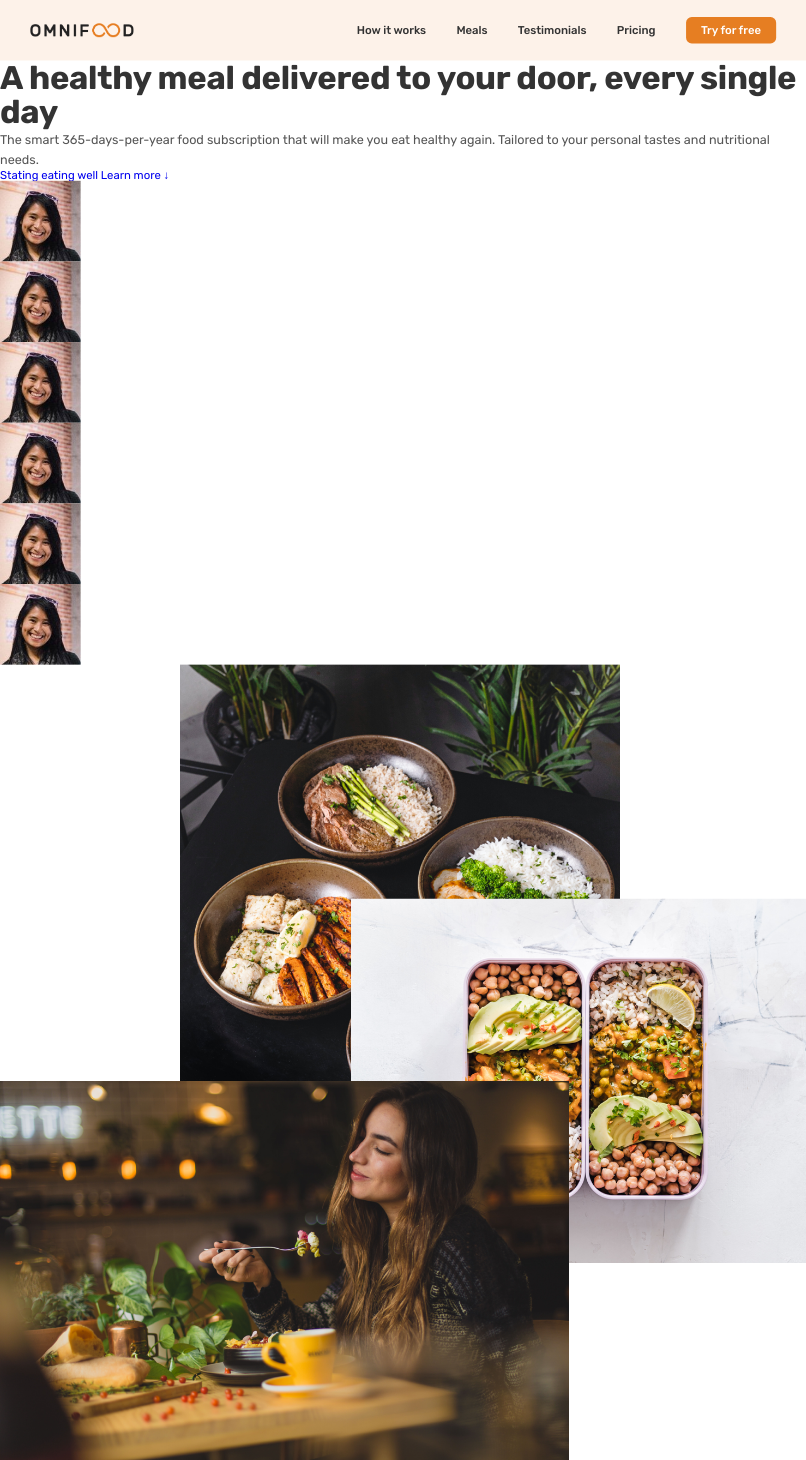
Repository: longvuht/omnifood-vu-nl
Page: index.html
The author's editor kept a copy of each file at every save. The page is drawn from the files as they stood at one save, then again after the next save.
The browser window is 1280 px wide. The pictures show the whole page, at 63% of full size.
The style sheet was rebuilt from its Sass, Less or Tailwind sources for each picture, by a compiler version that may differ from the author's.

Above is the page before, as saved 2022-09-18 17:46:07.

### index.html
<!DOCTYPE html>
<html lang="en">
  <head>
    <meta charset="UTF-8" />
    <meta name="viewport" content="width=device-width, initial-scale=1.0" />
    <link rel="preconnect" href="https://fonts.googleapis.com" />
    <link rel="preconnect" href="https://fonts.gstatic.com" crossorigin />
    <link
      href="https://fonts.googleapis.com/css2?family=Rubik:wght@400;500;600;700&display=swap"
      rel="stylesheet"
    />
    <link rel="stylesheet" href="./css/style.css" />
    <title>Omnifood vu-nl</title>
  </head>
  <body>
    <div class="wrapper">
      <header class="header">
        <div class="header__container">
          <div class="header__logo">
            <a href="#none" class="header__link"
              ><img
                src="./image/omnifood-logo.png"
                alt="logo omnifood-logo"
                class="header__image"
            /></a>
          </div>
          <div class="header__menu">
            <ul class="header__list">
              <li class="header__item">
                <a href="#none" class="header__link">How it works</a>
              </li>
              <li class="header__item">
                <a href="#none" class="header__link">Meals</a>
              </li>
              <li class="header__item">
                <a href="#none" class="header__link">Testimonials</a>
              </li>
              <li class="header__item">
                <a href="#none" class="header__link">Pricing</a>
              </li>
              <li class="header__item">
                <a href="#none" class="header__link">Try for free</a>
              </li>
            </ul>
          </div>
        </div>
      </header>
      <section class="hero">
        <div class="hero__container">
          <div class="hero__info">
            <h1 class="hero__heading">
              A healthy meal delivered to your door, every single day
            </h1>
            <p class="text-lg hero__desc">
              The smart 365-days-per-year food subscription that will make you
              eat healthy again. Tailored to your personal tastes and
              nutritional needs.
            </p>
            <a href="#none" class="button button--primary"
              >Stating eating well</a
            >
            <a href="#none" class="button button--secondary"
              >Learn more &ShortDownArrow;</a
            >
            <div class="hero__meals">
              <div class="hero__meals-customer">
                <img src="./image/customers/customer-1.jpg" alt="customer image" class="hero__meals-image"></img>
                <img src="./image/customers/customer-1.jpg" alt="customer image" class="hero__meals-image"></img>
                <img src="./image/customers/customer-1.jpg" alt="customer image" class="hero__meals-image"></img>
                <img src="./image/customers/customer-1.jpg" alt="customer image" class="hero__meals-image"></img>
                <img src="./image/customers/customer-1.jpg" alt="customer image" class="hero__meals-image"></img>
                <img src="./image/customers/customer-1.jpg" alt="customer image" class="hero__meals-image"></img>
              </div>
            </div>
          </div>
          <div class="hero__image">
            <img
              src="./image/hero.png"
              alt="woman enjoying food, meals in strorage container, and food bowls on a table"
            />
          </div>
        </div>
      </section>
    </div>
  </body>
</html>

### sass/app.scss
@import "reset";
@import "variables";
@import "typography";
@import "global";
@import "header";
@import "hero";

### sass/_reset.scss
html {
  box-sizing: border-box;
}
* {
  margin: 0;
  padding: 0;
}
*,
*:before,
*:after {
  box-sizing: border-box;
}
input,
textarea,
select,
button {
  outline: none;
}
input {
  line-height: normal;
}
label,
button {
  cursor: pointer;
}
a {
  text-decoration: none;
}
img {
  display: block;
  max-width: 100%;
}
html {
  font-size: 62.5%;
}

### sass/_variables.scss
$primary-color: #fdf2e9;
$secondary-color: #e67e22;
$heading-color: #333;
$logo-color: #808080;
$text-color: #555;
$font: "Rubik", sans-serif;

### sass/_typography.scss
h1 {
  font-size: 5.2rem;
  font-weight: 700;
  letter-spacing: -0.5px;
  line-height: calc(54.6 / 52);
  color: $heading-color;
}
h2 {
  font-size: 4.4rem;
  font-weight: 700;
  letter-spacing: -0.5px;
  line-height: calc(52.8 / 44);
  color: $heading-color;
}
h3 {
  font-size: 3rem;
  font-weight: 700;
  letter-spacing: -0.5px;
  line-height: calc(36 / 30);
  counter-reset: $heading-color;
}
.text-lg {
  font-size: 2rem;
  line-height: calc(32 / 20);
}

### sass/_global.scss
body {
  font-family: $font;
  font-size: 1.8rem;
  line-height: 1;
  font-weight: 400;
  color: #555;
}
.container {
  max-width: 120rem;
  margin: 0 auto;
}

### sass/_header.scss
.header {
  &__container {
    padding: 2.7rem 4.8rem;
    background-color: $primary-color;
    display: flex;
    justify-content: space-between;
    align-items: center;
  }
  &__image {
    height: 2.2rem;
  }
  &__list {
    display: flex;
    justify-content: space-between;
    align-items: center;
    gap: 0 4.8rem;
    list-style-type: none;
  }
  &__item {
    &:last-child {
      padding: 1.2rem 2.4rem;
      color: #fff;
      background-color: $secondary-color;
      border-radius: 0.9rem;
      & .header__link {
        color: #fff;
      }
    }
  }
  &__link {
    color: $heading-color;
    font-weight: 500;
  }
}

Loaded but not shown: sass/_hero.scss (no stored copy; drawn as an empty file)

After the next save:
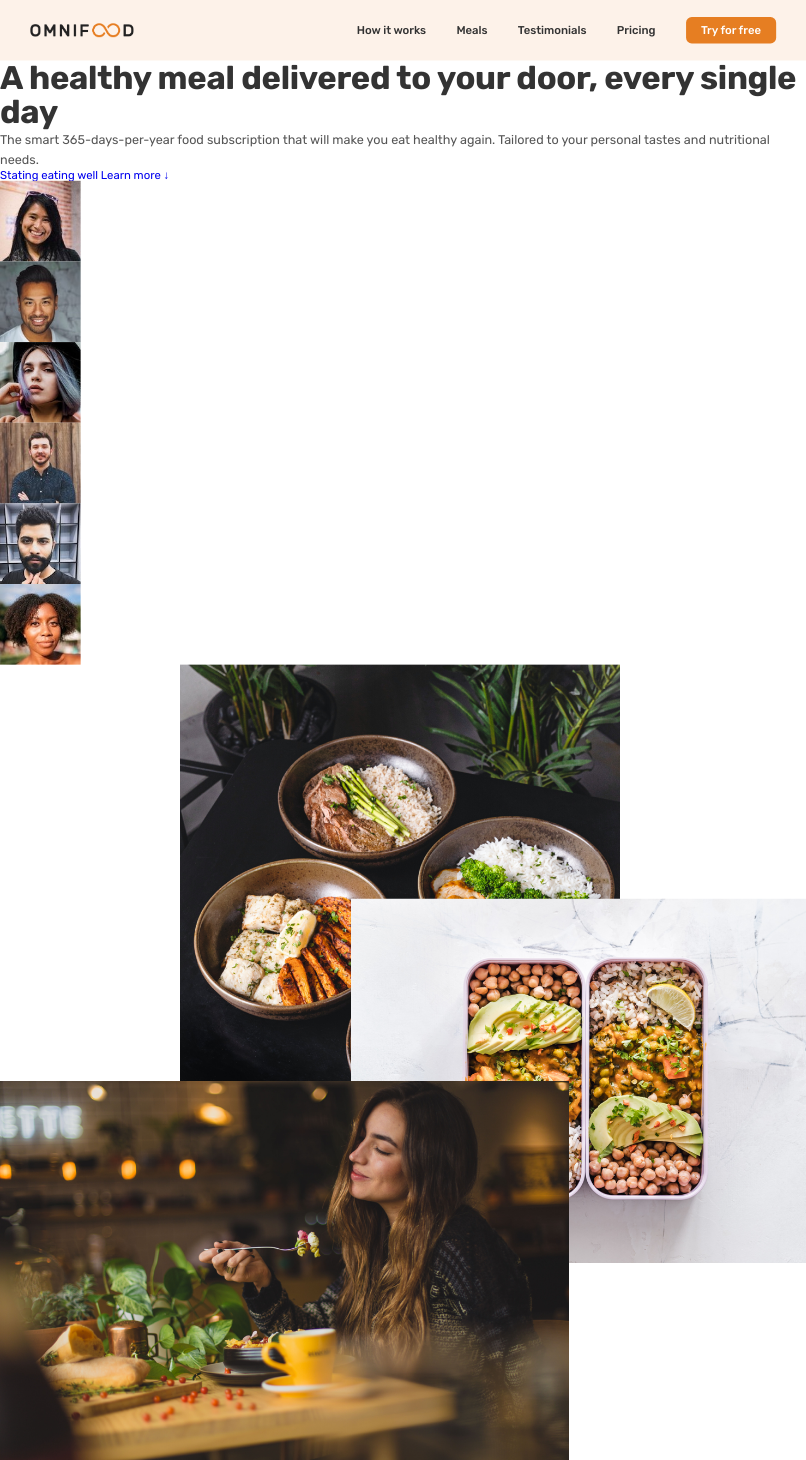
Saved 13 s later.
--- a/index.html
+++ b/index.html
@@ -65,11 +65,11 @@
             <div class="hero__meals">
               <div class="hero__meals-customer">
                 <img src="./image/customers/customer-1.jpg" alt="customer image" class="hero__meals-image"></img>
-                <img src="./image/customers/customer-1.jpg" alt="customer image" class="hero__meals-image"></img>
-                <img src="./image/customers/customer-1.jpg" alt="customer image" class="hero__meals-image"></img>
-                <img src="./image/customers/customer-1.jpg" alt="customer image" class="hero__meals-image"></img>
-                <img src="./image/customers/customer-1.jpg" alt="customer image" class="hero__meals-image"></img>
-                <img src="./image/customers/customer-1.jpg" alt="customer image" class="hero__meals-image"></img>
+                <img src="./image/customers/customer-2.jpg" alt="customer image" class="hero__meals-image"></img>
+                <img src="./image/customers/customer-3.jpg" alt="customer image" class="hero__meals-image"></img>
+                <img src="./image/customers/customer-4.jpg" alt="customer image" class="hero__meals-image"></img>
+                <img src="./image/customers/customer-5.jpg" alt="customer image" class="hero__meals-image"></img>
+                <img src="./image/customers/customer-6.jpg" alt="customer image" class="hero__meals-image"></img>
               </div>
             </div>
           </div>
